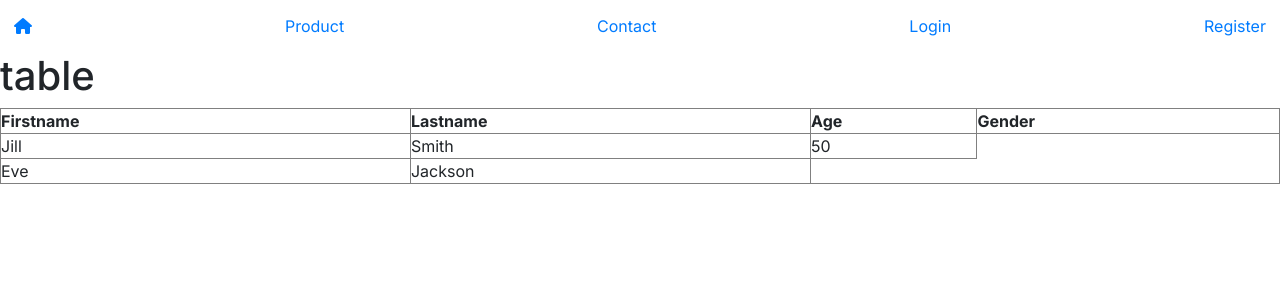
Repository: bao2222/hoc-lam-web
Page: About-me.html
The author's editor kept a copy of each file at every save. The page is drawn from the files as they stood at one save, then again after the next save.
The browser window is 1280 px wide. The pictures show the whole page.
Some web fonts or font styles are not loaded; a fallback is used.

Above is the page before, as saved 2025-01-23 17:50:56.

### About-me.html
<!DOCTYPE html>
<html lang="en">
    <head>
        <title>About me</title>
        <meta charset="UTF-8">
        <link rel="name" href="welcome.html" type="text/html">
        <link rel="name" href="login.html" type="text/html">
        <link rel="name" href="logout.html" type="text/html">
        <link rel="stylesheet" href="style.css" type="text/css">
        <script src="project.js"></script>
        <link rel="stylesheet" href="https://cdnjs.cloudflare.com/ajax/libs/font-awesome/6.7.2/css/all.min.css" integrity="sha512-Evv84Mr4kqVGRNSgIGL/F/aIDqQb7xQ2vcrdIwxfjThSH8CSR7PBEakCr51Ck+w+/U6swU2Im1vVX0SVk9ABhg==" crossorigin="anonymous" referrerpolicy="no-referrer" />
        <link rel="stylesheet" href="https://maxcdn.bootstrapcdn.com/bootstrap/4.5.2/css/bootstrap.min.css">
        <script src="https://ajax.googleapis.com/ajax/libs/jquery/3.5.1/jquery.min.js"></script>
        <script src="https://cdnjs.cloudflare.com/ajax/libs/popper.js/1.16.0/umd/popper.min.js"></script>
        <script src="https://maxcdn.bootstrapcdn.com/bootstrap/4.5.2/js/bootstrap.min.js"></script>
        <link rel="preconnect" href="https://fonts.googleapis.com">
        <link rel="preconnect" href="https://fonts.gstatic.com" crossorigin>
        <link href="https://fonts.googleapis.com/css2?family=Inter+Tight:ital,wght@0,100..900;1,100..900&family=Inter:ital,opsz,wght@0,14..32,100..900;1,14..32,100..900&display=swap" rel="stylesheet">



    </head>

    <body>
        <header>
            <div>
                <div class="b-menu">
                    <a href="home.html">
                        <i class="fa-solid fa-house"></i>
                    </a>
                    <a href="b2.html">Product</a>
                    <a href="b3.html">Contact</a>
                    <a href="login.html">Login</a>
                    <a href="logout.html">Register</a>

                </div>

            </div>


        </header>
        <main>
            <h1>table</h1>
            <table style="width:100%" border>
                <tr>
                    <th>Firstname</th>
                    <th>Lastname</th>
                    <th>Age</th>
                    <th>Gender</th>
                </tr>
                <tr>
                    <td>Jill</td>
                    <td>Smith</td>
                    <td>50</td>
                </tr>
                <tr>
                    <td>Eve</td>
                    <td>Jackson</td>
                </tr>

            </table>


        </main>


        <footer></footer>



    </body>
</html>

### style.css
*{
    box-sizing: border-box;
    margin: 0;
    padding: 0;
    font-family: 'Inter', sans-serif;
}
.google-header{
    font-family: 'Poppins', sans-serif;
}
header{
    display: flex;
    justify-content: space-between;
    padding: 14px;
    gap: 14px;
}
.b-menu{
    display:flex;
    justify-content: space-between;
    align-items: center ;
    gap: 14;
}
.1{
    width: 100%;
}

Loaded but not shown: project.js (no stored copy; drawn as an empty file)

After the next save:
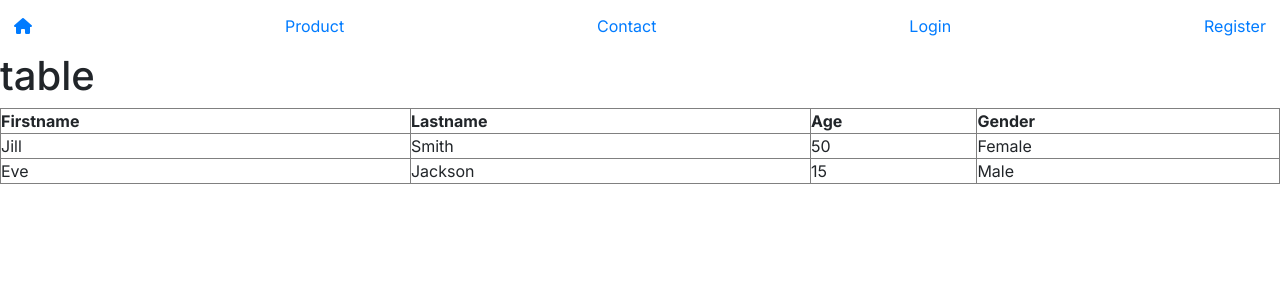
Saved 41 s later.
--- a/About-me.html
+++ b/About-me.html
@@ -52,10 +52,13 @@
                     <td>Jill</td>
                     <td>Smith</td>
                     <td>50</td>
+                    <td>Female</td>
                 </tr>
                 <tr>
                     <td>Eve</td>
                     <td>Jackson</td>
+                    <td>15</td>
+                    <td>Male</td>
                 </tr>
 
             </table>
